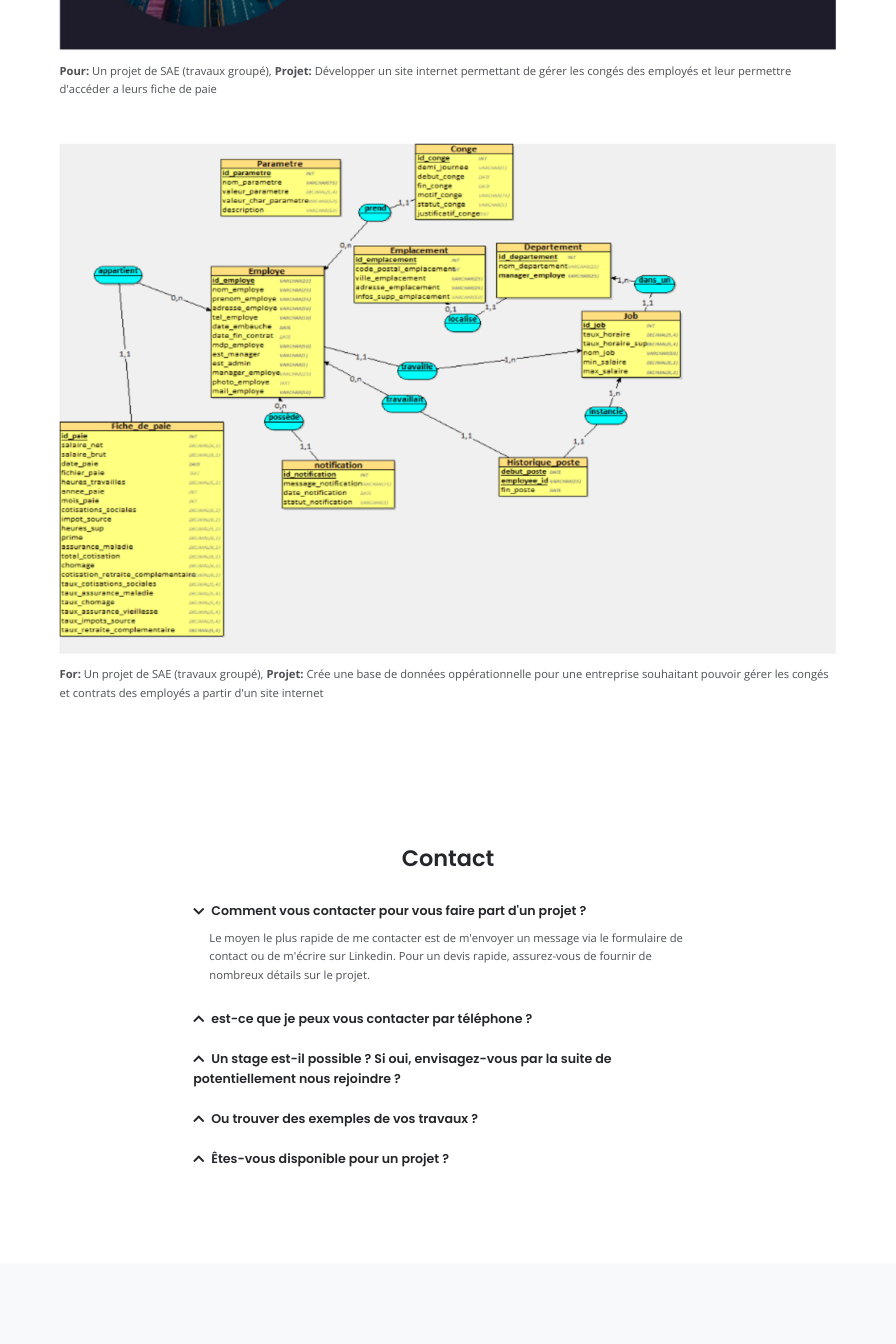
Repository: J2S80000/Portfolio
Page: index.html
The author's editor kept a copy of each file at every save. The page is drawn from the files as they stood at one save, then again after the next save.
The browser window is 1280 px wide. The pictures show the part of the page from y = 4580 to 6500 px (the page is 7517 px tall), at 70% of full size.

Above is the page before, as saved 2025-05-05 18:00:10.

After the next save:
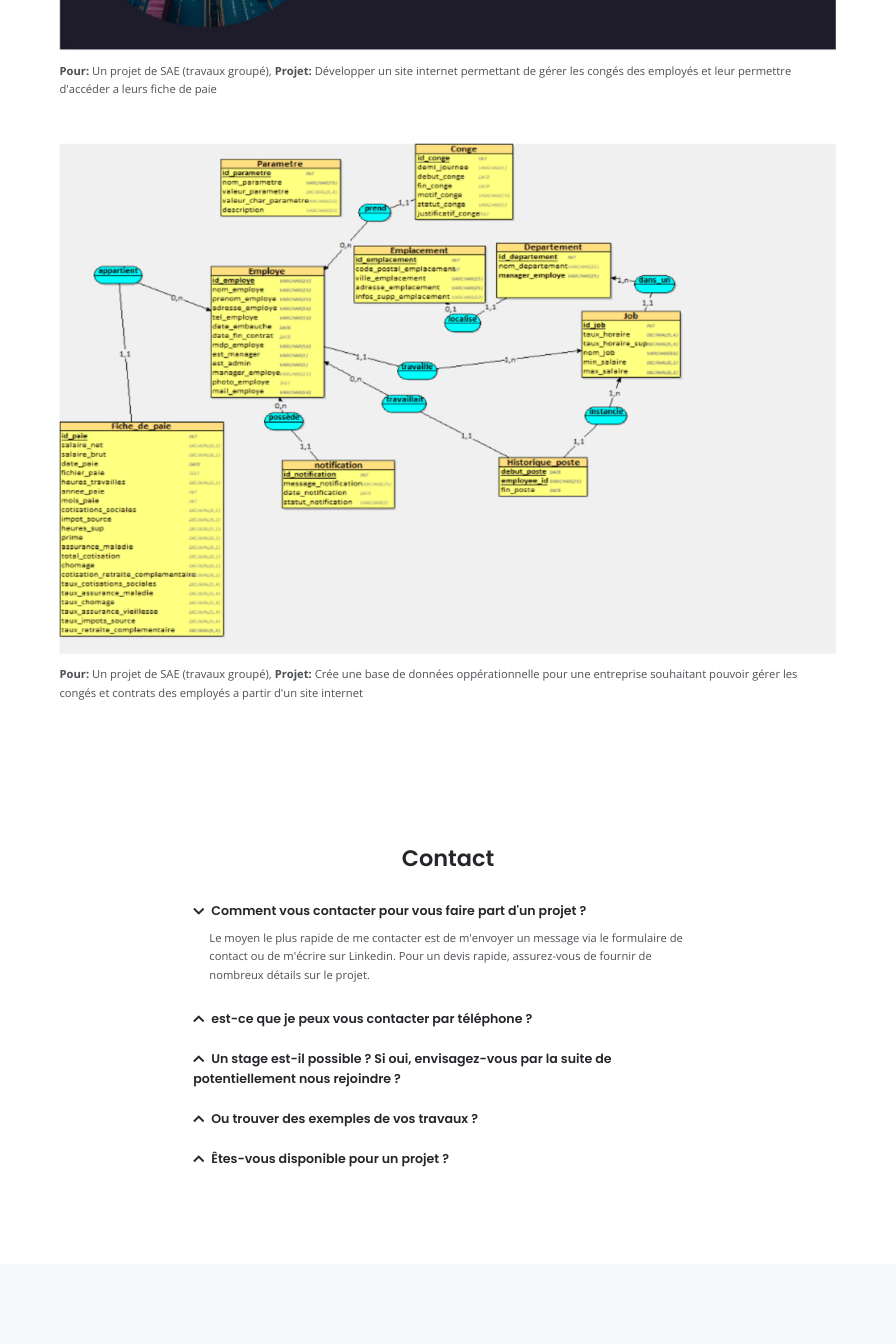
Saved 48 s later.
--- a/index.html
+++ b/index.html
@@ -252,7 +252,7 @@
                                 <img class="img-fluid" src="images/project-3.1.png" alt="alternative">
                             </a>
                         </div> <!-- end of image-container -->
-                        <p><strong>For:</strong> Un projet de SAE (travaux groupé), <strong>Projet:</strong> Crée une base de données oppérationnelle pour une entreprise souhaitant pouvoir gérer les congés et contrats des employés a partir d'un site internet</p>
+                        <p><strong>Pour:</strong> Un projet de SAE (travaux groupé), <strong>Projet:</strong> Crée une base de données oppérationnelle pour une entreprise souhaitant pouvoir gérer les congés et contrats des employés a partir d'un site internet</p>
                     </div> <!-- end of text-container -->
 
                 </div> <!-- end of col -->
